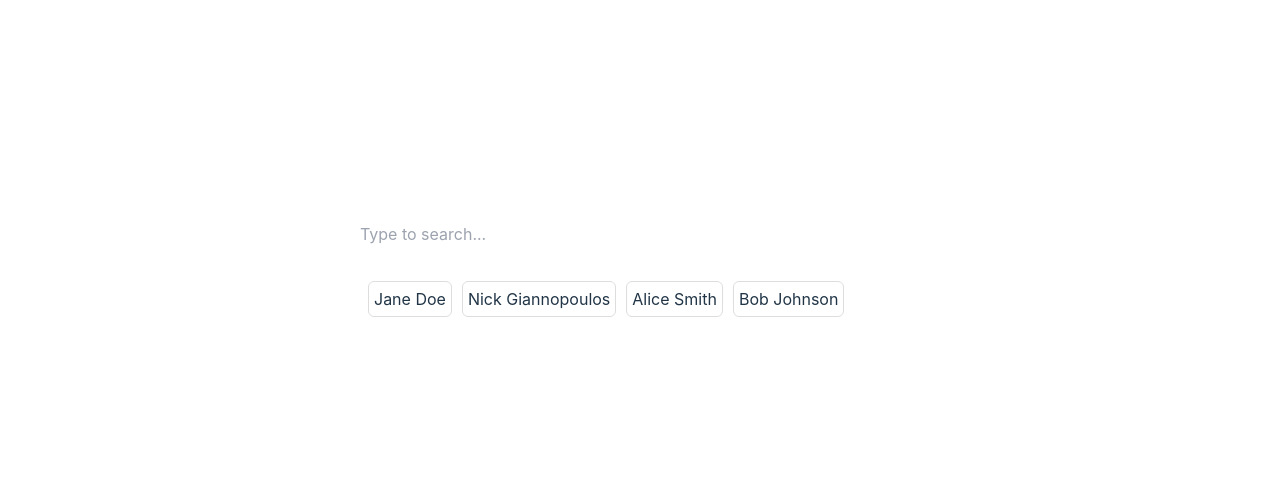
Repository: Ayansaxena24/Chip
Page: /, after clicking the first element matching `li.cursor-pointer`
The author's editor kept a copy of each file at every save. The page is drawn from the files as they stood at one save, then again after a run of saves.
The browser window is 1280 px wide. The pictures show the whole page.
Some web libraries are served in a nearby version. The project was rebuilt for these pictures with package versions that can differ from the ones it lists, and the page was loaded fresh each time. Also part of the build but not shown: vite.config.ts, src/ChipInput.css.

Above is the page before, as saved 2024-01-16 03:43:05.

### index.html
<!doctype html>
<html lang="en">
  <head>
    <meta charset="UTF-8" />
    <link rel="icon" type="image/svg+xml" href="/vite.svg" />
    <meta name="viewport" content="width=device-width, initial-scale=1.0" />
    <script src="https://cdn.tailwindcss.com"></script>    <title>Vite + React + TS</title>
  </head>
  <body>
    <div id="root"></div>
    <script type="module" src="/src/main.tsx"></script>
  </body>
</html>

### src/App.tsx
import { BrowserRouter as Router, Routes, Route } from 'react-router-dom'
import ChipInput from './chipInput'

const App = () => {
  return (
    <Router>
      <Routes>
      <Route path="/" element={<ChipInput />} />
      </Routes>
    </Router>
  )
}

export default App

### src/ChipInput.tsx
// ChipInput.tsx

import React, {
  useState,
  useRef,
  useEffect,
  KeyboardEvent,
  ChangeEvent,
} from "react";
import "./ChipInput.css"; // Import your CSS file (e.g., TailwindCss/SCSS)

interface Chip {
  id: number;
  label: string;
}

const ChipInput: React.FC = () => {
  const [inputValue, setInputValue] = useState<string>("");
  const [chips, setChips] = useState<Chip[]>([]);
  const [filteredItems, setFilteredItems] = useState<string[]>([]);
  const inputRef = useRef<HTMLInputElement>(null);

  const items = [
    "John Doe",
    "Jane Doe",
    "Nick Giannopoulos",
    "Alice Smith",
    "Bob Johnson",
  ];

  useEffect(() => {
    setFilteredItems(
      items.filter((item) => !chips.find((chip) => chip.label === item))
    );
  }, [chips]);

  const handleInputChange = (e: ChangeEvent<HTMLInputElement>) => {
    const value = e.target.value;
    setInputValue(value);

    if (value.trim() === "" && chips.length > 0) {
      highlightLastChip();
    } else {
      setFilteredItems(
        items.filter((item) => item.toLowerCase().includes(value.toLowerCase()))
      );
    }
  };

  const handleChipClick = (item: string) => {
    setChips((prevChips) => [...prevChips, { id: Date.now(), label: item }]);
    setInputValue("");
  };

  const handleChipRemove = (id: number) => {
    setChips((prevChips) => prevChips.filter((chip) => chip.id !== id));
  };

  const handleInputKeyDown = (e: KeyboardEvent<HTMLInputElement>) => {
    if (e.key === "Backspace" && inputValue === "" && chips.length > 0) {
      e.preventDefault();
      const lastChip = chips[chips.length - 1];
      handleChipRemove(lastChip.id);
    }
  };

  const highlightLastChip = () => {
    const lastChip = document.querySelector(".chip:last-child");
    if (lastChip) {
      lastChip.classList.add("highlighted");
    }
  };

  return (
    <div className="w-screen flex justify-center items-center">
      <div className="flex flex-col w-[80vh]">
        <div className="flex flex-wrap">
          {chips.map((chip) => (
            <div
              key={chip.id}
              className="bg-[#037bfc] text-white mb-64 bg-red-400 rounded-md m-[5px] pr-[30px] pl-[10px] py-[12px] cursor-pointer flex items-center relative"
              onClick={() => handleChipRemove(chip.id)}
            >
              {chip.label}
              <span className="hover:border-white hover:bg-red-600 duration-300 ease-in-out hover:border-2 hover:rounded-md px-1 mx-2 absolute right-0">X</span>
            </div>
          ))}
          <input
            ref={inputRef}
            type="text"
            value={inputValue}
            onChange={handleInputChange}
            onKeyDown={handleInputKeyDown}
            placeholder="Type to search..."
            className="rounded-md w-[100vh] pl-2 py-4 fixed"
          />
        </div>
        <ul className={`${chips.length !== 5 ? "mt-16 cursor-pointer p-[5px] m-[5px] border-white rounded-md border-[1px] border-solid flex flex-wrap fixed" : ""}`}>
          {filteredItems.map((item) => (
            <li className="cursor-pointer p-[5px] m-[5px] border-[1px] border-[#ddd] rounded-md hover:text-black hover:bg-white duration-300 ease-in-out hover:scale-105" key={item} onClick={() => handleChipClick(item)}>
              {item}
            </li>
          ))}
        </ul>
      </div>
    </div>
  );
};

export default ChipInput;

Loaded but not shown: src/main.tsx (common file); src/index.css (common file)

After the next 6 saves:
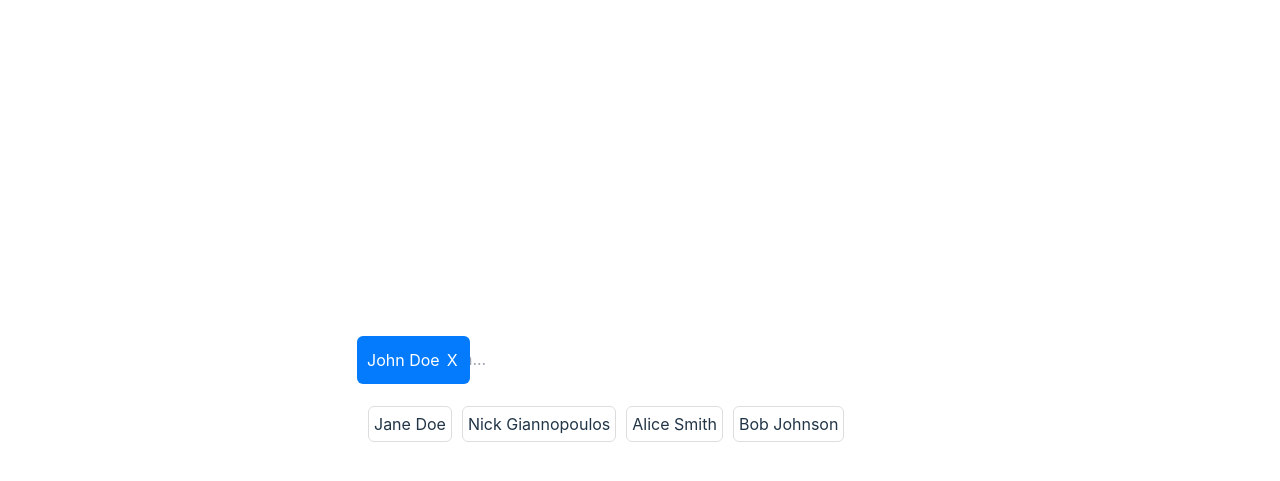
The 6 saves are shown as one change because they came seconds apart.
The last was saved 18 s later.
--- a/src/ChipInput.tsx
+++ b/src/ChipInput.tsx
@@ -78,7 +78,7 @@ const ChipInput: React.FC = () => {
           {chips.map((chip) => (
             <div
               key={chip.id}
-              className="bg-[#037bfc] text-white mb-64 bg-red-400 rounded-md m-[5px] pr-[30px] pl-[10px] py-[12px] cursor-pointer flex items-center relative"
+              className="bg-[#037bfc] text-white z-20 rounded-md m-[5px] pr-[30px] pl-[10px] py-[12px] cursor-pointer flex items-center relative"
               onClick={() => handleChipRemove(chip.id)}
             >
               {chip.label}
